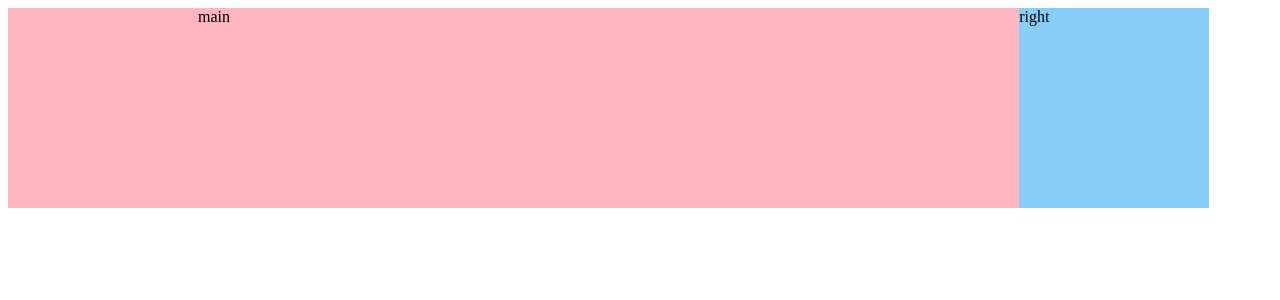
Repository: ljwrookie/Front-end-interview-handwritten-code
Page: 双飞翼布局.html
These files come from the project's save history. The page is drawn as it stood at one moment and after the next save; the edit follows.
The browser window is 1280 px wide. The pictures show the whole page.

Above is the page before, as saved 2022-04-07 14:15:31.

### 双飞翼布局.html
<!DOCTYPE html>
<html lang="en">
	<head>
		<meta charset="UTF-8" />
		<meta http-equiv="X-UA-Compatible" content="IE=edge" />
		<meta name="viewport" content="width=device-width, initial-scale=1.0" />
		<title>双飞翼布局</title>
		<style>
			.float {
				float: left;
			}
			#main {
				width: 80%;
				height: 200px;
				/* margin: 0 190px 0 190px; */
				background-color: lightpink;
				/* overflow: auto; */
			}
			#main-wrap {
				/* width: 100%; */
				height: 100%;
				margin: 0 190px;
			}
			#left {
				width: 190px;
				height: 200px;
				background-color: lightsalmon;
				margin-left: -100%;
			}
			#right {
				width: 190px;
				height: 200px;
				background-color: lightskyblue;
				margin-right: -190px;
			}
		</style>
	</head>
	<body>
		<div id="main" class="float">
			<div id="main-wrap">main</div>
		</div>
		<div id="left" class="float">left</div>
		<div id="right" class="float">right</div>
	</body>
</html>

After the next save:
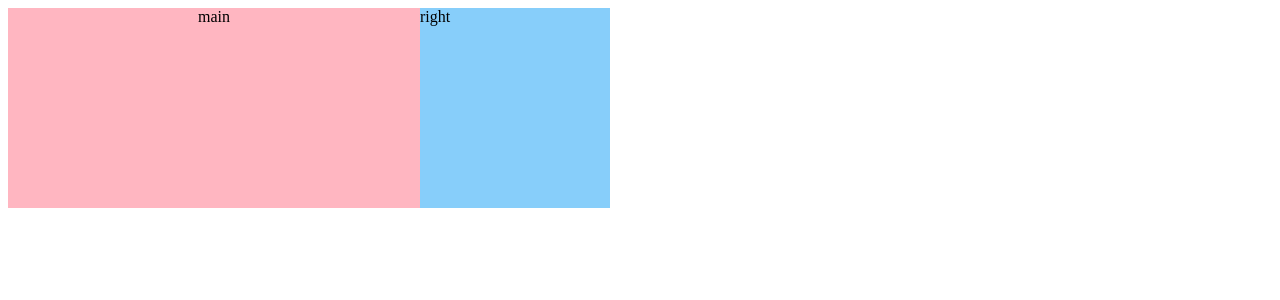
Saved 12 s later.
--- a/双飞翼布局.html
+++ b/双飞翼布局.html
@@ -10,7 +10,7 @@
 				float: left;
 			}
 			#main {
-				width: 80%;
+				/* width: 80%; */
 				height: 200px;
 				/* margin: 0 190px 0 190px; */
 				background-color: lightpink;
